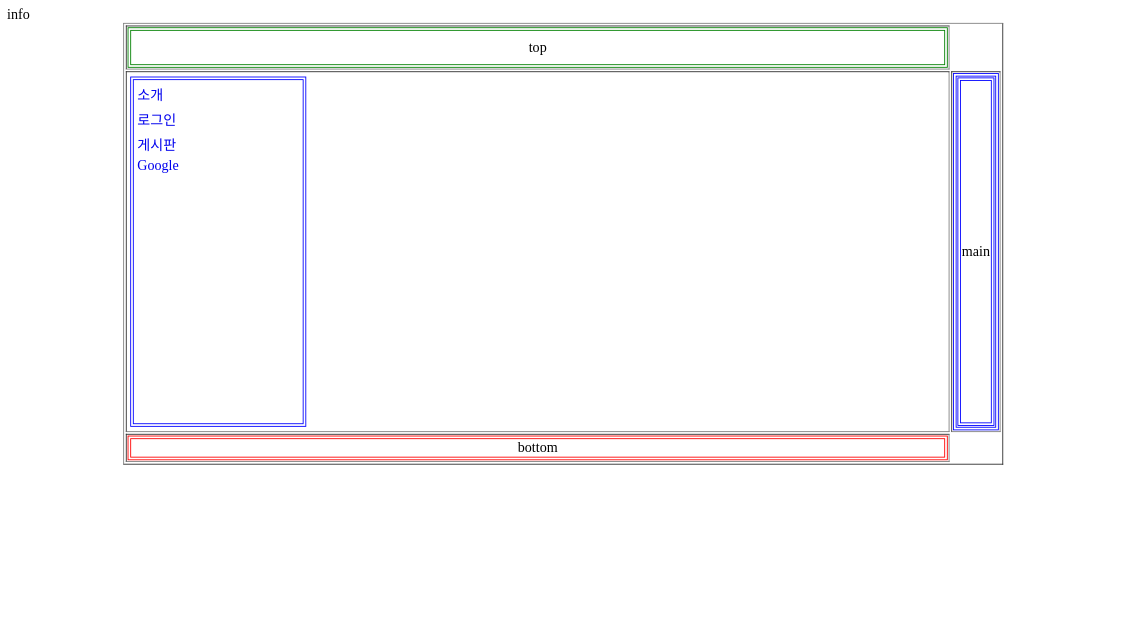
Repository: Kojonghoon/Workspace_java
Page: http://localhost/20221228/ajax/news/index.jsp?menu=info
These files come from the project's save history. The page is drawn as it stood at one moment and after the next save; the edit follows.
The browser window is 1280 px wide. The pictures show the whole page, at 88% of full size.
The page is served by Tomcat 9. Other server files are loaded and not shown.

Above is the page before, as saved 2023-02-10 02:26:23.

### 20221228/src/main/webapp/ajax/news/index.jsp
<%@ page language="java" contentType="text/html; charset=UTF-8"
    pageEncoding="UTF-8"%>
<%
	String menu =request.getParameter("menu");	//info ore login or board or google
	out.print(menu);
%>
<!DOCTYPE html>
<html lang="ko">
  <head>
    <meta charset="UTF-8" />
    <meta http-equiv="X-UA-Compatible" content="IE=edge" />
    <meta name="viewport" content="width=device-width, initial-scale=1.0" />
    <title>패턴1</title>
    <style>
        a{
            text-decoration: none;
        }
    </style>
  </head>
  <body>
    <!-- 태그는 중첩해서 사용이 가능하다. 크기는 %로 주는것이 좋다. 가변성에 대응-->
    <table border="1" align="center" width="1000px">
      <tr>
        <td width="100%" height="50px">
          <!-- top start -->
		  <%@ include file="top.jsp" %>
          <!-- top end -->
        </td>
      </tr>
      <tr>
        <td>
          <table>
            <tr>
          <!-- menu start -->
              <td width="200px" height="400px">
              <%@ include file="menu.jsp" %>
              <!-- menu end -->
                </table>
              </td>
              <!-- main start -->
              <td width="800px" height="400px">
                <table border="1" bordercolor="blue" width="100%" height="100%">
				<%@ include file="main.jsp" %>
              </td>
            </tr>
          </table>
          <!-- main  end-->
        </td>
      </tr>
      <tr>
        <!-- bottom start -->
		<%@ include file="bottom.jsp" %>
    	<!-- bottom end -->
      </tr>
    </table>
  </body>
</html>

### 20221228/src/main/webapp/ajax/news/top.jsp
<%@ page language="java" contentType="text/html; charset=UTF-8"
	pageEncoding="UTF-8"%>
<table border="1" width="100%" height="100%" bordercolor="green">
	<tr>
		<td align="center">top</td>
	</tr>
</table>

### 20221228/src/main/webapp/ajax/news/menu.jsp
<%@ page language="java" contentType="text/html; charset=UTF-8" pageEncoding="UTF-8"%>
<table border="1" bordercolor="blue" width="100%" height="100%">
   <tr valign="top">
      <td>
         <table>
            <tr>
               <td><a href="./index.jsp?menu=info">소개</a></td>
            </tr>
            <tr>
               <td><a href="./index.jsp?menu=iogin">로그인</a></td>
            </tr>
            <tr>
               <td><a href="./index.jsp?menu=board">게시판</a></td>
            </tr>
            <tr>
               <td><a href="./index.jsp?menu=google">Google</a></td>
            </tr>
         </table>
      </td>
   </tr>
</table>

### 20221228/src/main/webapp/ajax/news/main.jsp
<%@ page language="java" contentType="text/html; charset=UTF-8"
	pageEncoding="UTF-8"%>
<td width="800px" height="400px">
	<table border="1" bordercolor="blue" width="100%" height="100%">
		<td align="center">main</td>
	</table>
</td>

### 20221228/src/main/webapp/ajax/news/bottom.jsp
<%@ page language="java" contentType="text/html; charset=UTF-8"
	pageEncoding="UTF-8"%>
<td width="1000px" height="30px">
	<table border="1" width="100%" height="100%" bordercolor="red">
		<tr>
			<td align="center">bottom</td>
		</tr>
	</table>
</td>

After the next save:
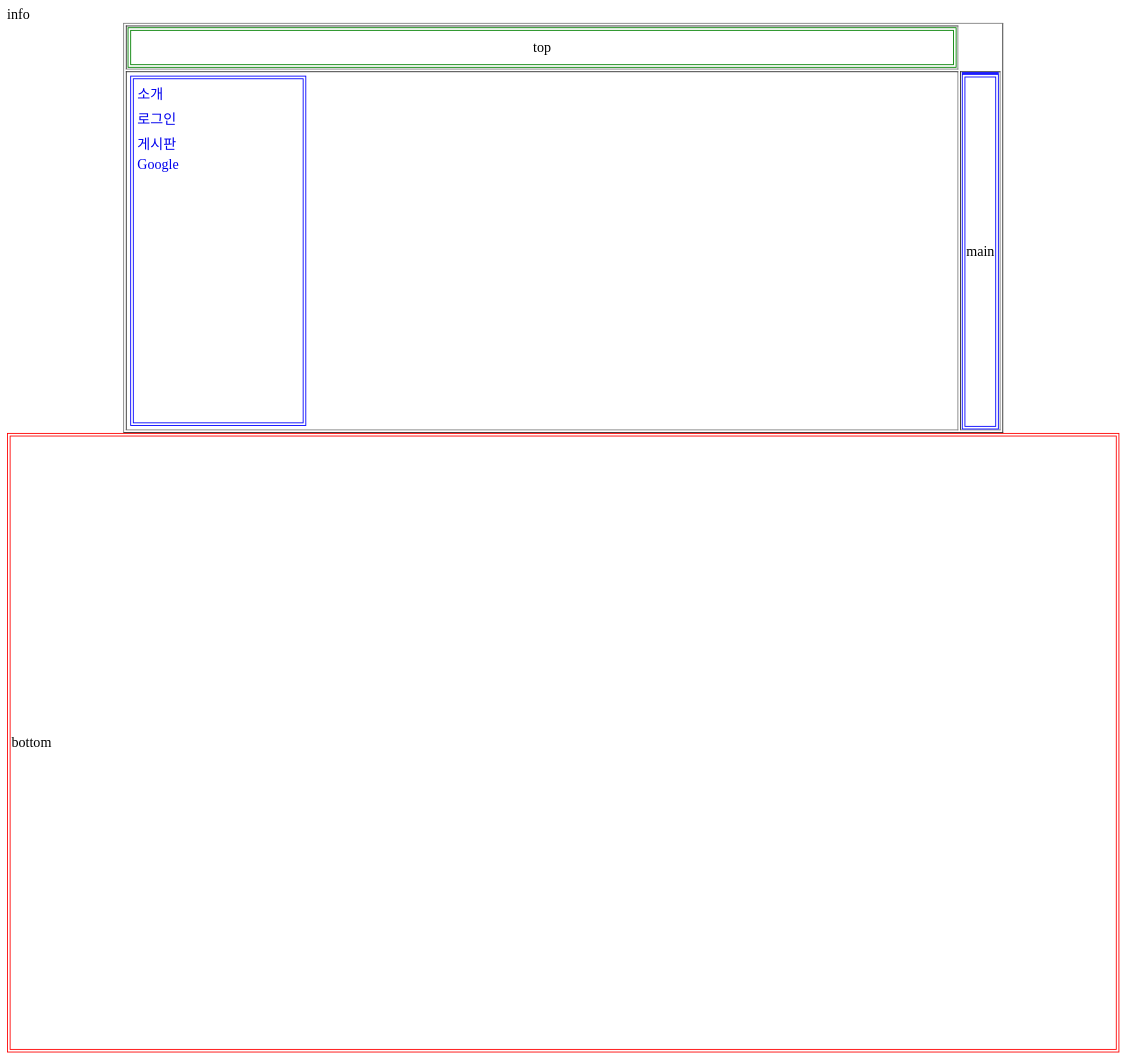
Saved 1 s later.
--- a/20221228/src/main/webapp/ajax/news/main.jsp
+++ b/20221228/src/main/webapp/ajax/news/main.jsp
@@ -1,7 +1,8 @@
 <%@ page language="java" contentType="text/html; charset=UTF-8"
-	pageEncoding="UTF-8"%>
-<td width="800px" height="400px">
-	<table border="1" bordercolor="blue" width="100%" height="100%">
-		<td align="center">main</td>
-	</table>
-</td>
+    pageEncoding="UTF-8"%>
+ <table border="1" bordercolor="blue" width="100%" height="100%">
+                  <td>main</td>
+                </table>
+              </td>
+            </tr>
+          </table>
--- a/20221228/src/main/webapp/ajax/news/bottom.jsp
+++ b/20221228/src/main/webapp/ajax/news/bottom.jsp
@@ -1,9 +1,12 @@
-<%@ page language="java" contentType="text/html; charset=UTF-8"
-	pageEncoding="UTF-8"%>
+<%@ page language="java" contentType="text/html; charset=UTF-8" pageEncoding="UTF-8"%>
+<!-- bottom start -->
 <td width="1000px" height="30px">
-	<table border="1" width="100%" height="100%" bordercolor="red">
-		<tr>
-			<td align="center">bottom</td>
-		</tr>
-	</table>
+   <table border="1" width="100%" height="100%" bordercolor="red">
+      <tr>
+         <td>bottom</td>
+      </tr>
+   </table>
 </td>
+</tr>
+</table>
+<!-- bottom end -->
